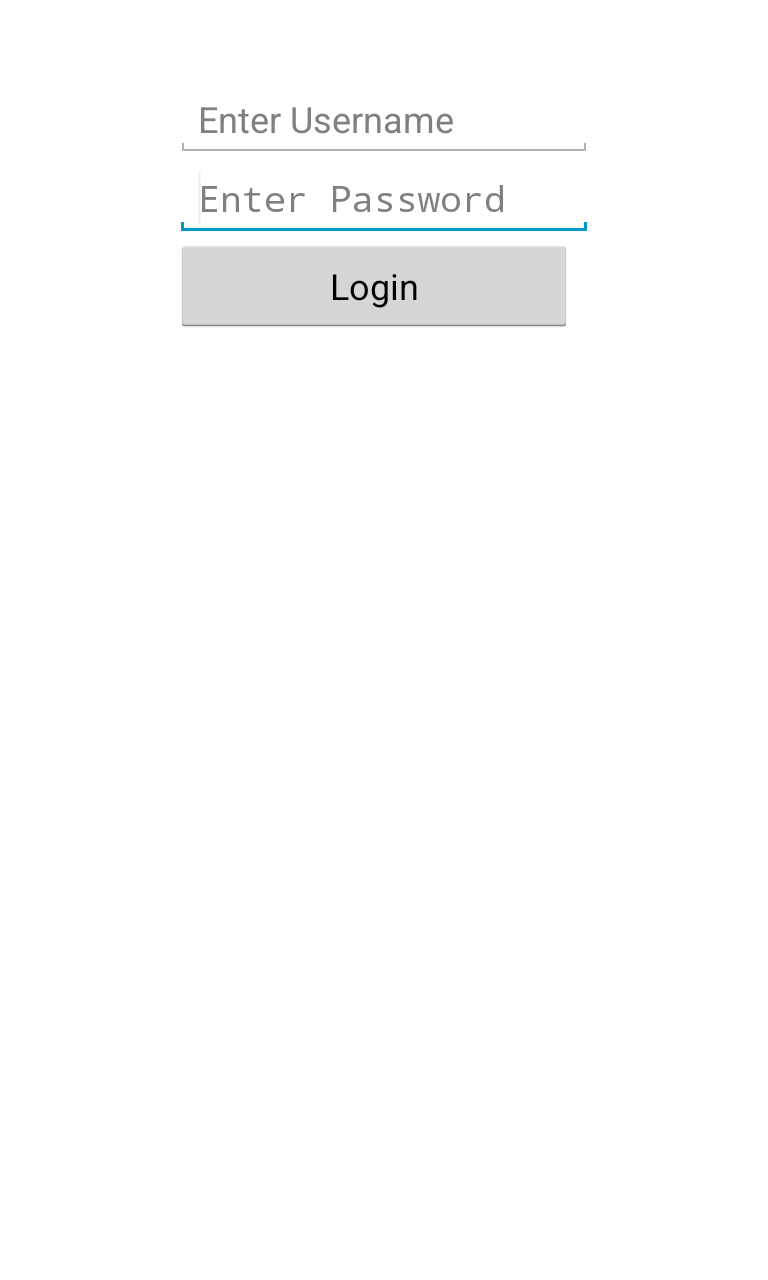
Repository: lethe13/AndroidProgramming
Layout: COMP304-Group1-MicroProject5/res/layout/activity_login.xml
The author's editor kept a copy of each file at every save. The layout is drawn from the files as they stood at one save, then again after the next save.
It is drawn on a 768 x 1280 px phone screen (xhdpi) without system bars, with theme AppTheme; the app's code is not run.

Above is the layout before, as saved 2015-12-05 22:30:05.

### COMP304-Group1-MicroProject5/res/layout/activity_login.xml
<RelativeLayout xmlns:android="http://schemas.android.com/apk/res/android"
    xmlns:tools="http://schemas.android.com/tools"
    android:layout_width="match_parent"
    android:layout_height="match_parent"
    android:paddingBottom="@dimen/activity_vertical_margin"
    android:paddingLeft="@dimen/activity_horizontal_margin"
    android:paddingRight="@dimen/activity_horizontal_margin"
    android:paddingTop="@dimen/activity_vertical_margin"
    tools:context="com.example.comp304_group1_microproject5.LoginActivity" >

    <EditText
        android:id="@+id/editText1"
        android:layout_width="wrap_content"
        android:layout_height="wrap_content"
        android:layout_alignParentTop="true"
        android:layout_centerHorizontal="true"
        android:layout_marginTop="24dp"
        android:ems="10"
        android:hint="Enter Username"
        android:inputType="textPersonName" />

    <Button
        android:id="@+id/b_login"
        android:layout_width="200dp"
        android:layout_height="wrap_content"
        android:layout_alignLeft="@+id/editText1"
        android:layout_below="@+id/user_pass"
        android:text="Login" />

    <EditText
        android:id="@+id/user_pass"
        android:layout_width="wrap_content"
        android:layout_height="wrap_content"
        android:layout_alignLeft="@+id/b_login"
        android:layout_below="@+id/editText1"
        android:ems="10"
        android:hint="Enter Password"
        android:inputType="textPassword" >

        <requestFocus />
    </EditText>

</RelativeLayout>

Loaded but not shown: COMP304-Group1-MicroProject5/res/values/styles.xml (common file); COMP304-Group1-MicroProject5/res/values-v11/styles.xml (common file); COMP304-Group1-MicroProject5/res/values-v14/styles.xml (common file); COMP304-Group1-MicroProject5/res/values/dimens.xml (common file); COMP304-Group1-MicroProject5/res/values-w820dp/dimens.xml (common file)

After the next save:
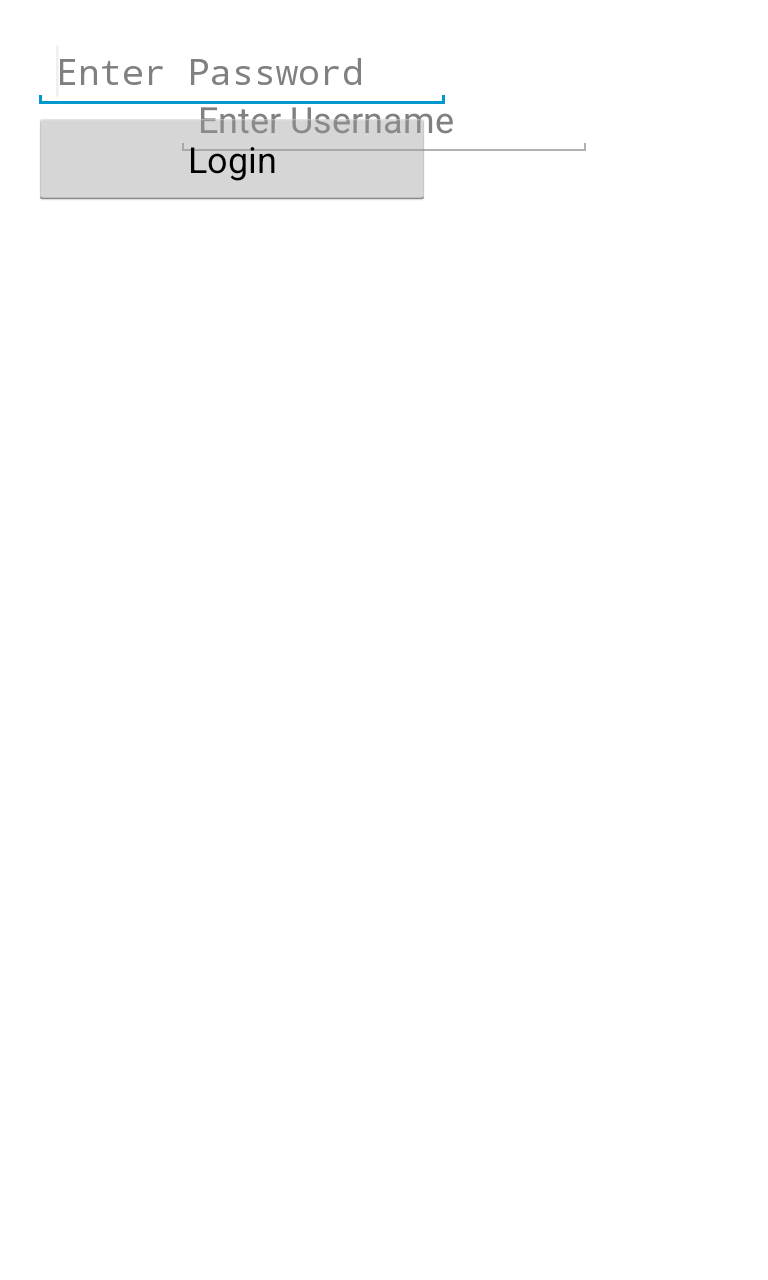
Saved 94 s later.
--- a/COMP304-Group1-MicroProject5/res/layout/activity_login.xml
+++ b/COMP304-Group1-MicroProject5/res/layout/activity_login.xml
@@ -9,7 +9,7 @@
     tools:context="com.example.comp304_group1_microproject5.LoginActivity" >
 
     <EditText
-        android:id="@+id/editText1"
+        android:id="@+id/user_name"
         android:layout_width="wrap_content"
         android:layout_height="wrap_content"
         android:layout_alignParentTop="true"
